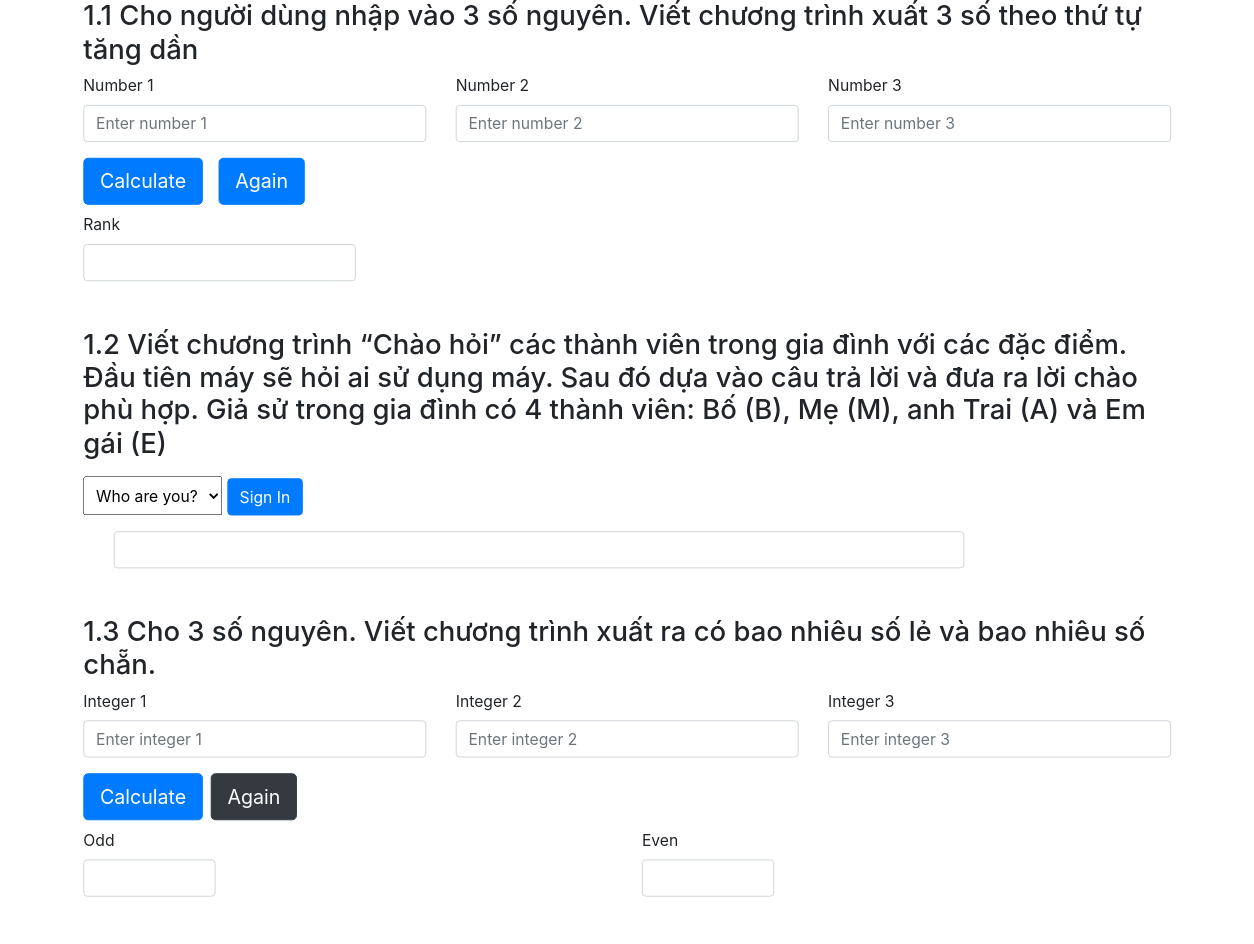
Repository: baobaodeveloper/bootscamp21__jsbasic__HuynhAnhBao
Page: index.html
An editor plug-in stored every save of this project. The page is shown before and after the next save, followed by the edit.
The browser window is 1280 px wide. The pictures show the whole page, at 98% of full size.

Above is the page before, as saved 2022-03-10 19:12:17.

After the next save:
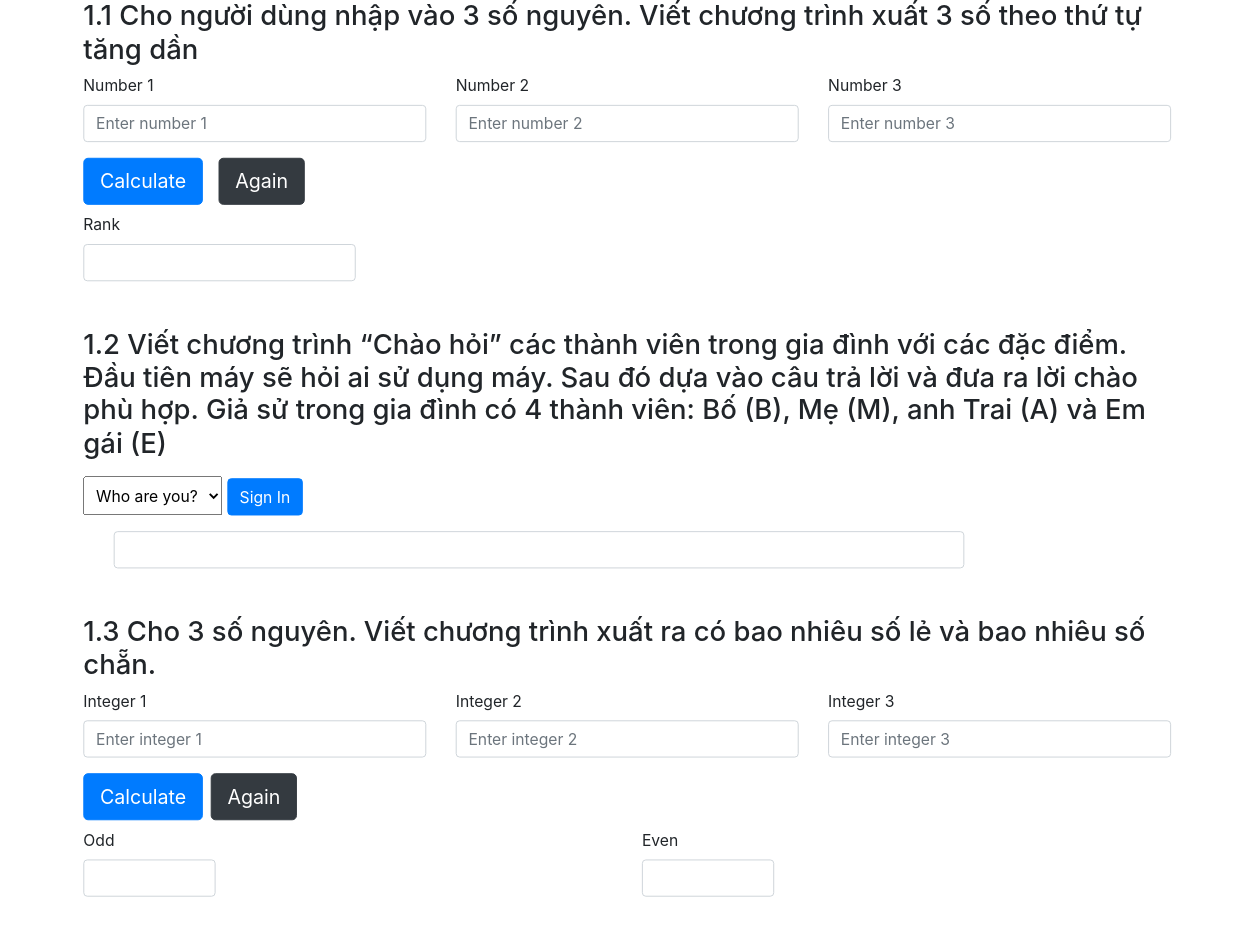
Saved 8 s later.
--- a/index.html
+++ b/index.html
@@ -62,7 +62,7 @@
 
         <button
           type="button "
-          class="btn btn-primary btn-lg mt-3 mb-2 btn-again-rank"
+          class="btn btn-dark btn-lg mt-3 mb-2 btn-again-rank"
         >
           Again
         </button>
